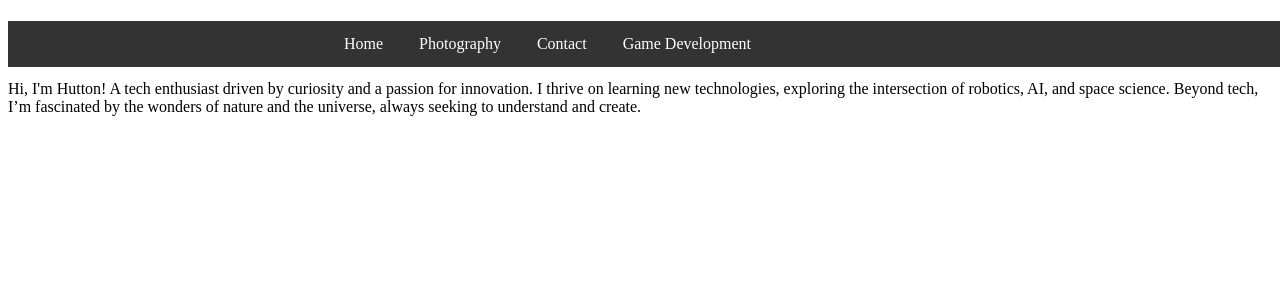
Repository: Argivist/ArgPortfolio
Page: index.html
These files come from the project's save history. The page is drawn as it stood at one moment and after the next save; the edit follows.
The browser window is 1280 px wide. The pictures show the whole page.

Above is the page before, as saved 2025-03-28 14:52:44.

### index.html
<!DOCTYPE html>
<html lang="en">

<head>
    <meta charset="UTF-8">
    <meta name="viewport" content="width=device-width, initial-scale=1.0">
    <link rel="stylesheet" href="css/styles.css">
    <link rel="stylesheet" href="css/nav.css">

    <title>Hutton Amison-Addy</title>
</head>

<body>
    <nav>
        <ul>
            <li class="nav-content"><a href="index.html">Home</a></li>
            <li class="nav-content"><a href="https://www.instagram.com/theworldinoneseye/">Photography</a></li>

            <li class="dropdown nav-content">
                <a href="contact.html">Contact</a>
                <ul class="dropdown-content">
                    <li><a href="https://www.linkedin.com/in/hutton-amison-addy-7b1b3b1b1/">LinkedIn</a></li>
                    <li><a href="https://www.github.com/Argivist">GitHub</a></li>
                    <li><a href="mailto:hutton.amison@ashesi.edu.gh">hutton.amison@ashesi.edu.gh</a></li>
                    <li><a href="mailto:huttonaaddy.public@gmail.com">huttonaaddy.public@gmail.com</a></li>
                </ul>
            </li>

            <li class="dropdown nav-content">
                <a href="#">Game Development</a>
                <ul class="dropdown-content">
                    <li><a href="game/index.html">Game Development Projects</a></li>
                    <li><a href="blender/index.html">Blender</a></li>
                </ul>
            </li>
        </ul>
    </nav>

    <div>
        <h1>This is me!</h1>
        <p class="desc">
            Hi, I'm Hutton! A tech enthusiast driven by curiosity and a passion for innovation. I thrive on learning new technologies, exploring the intersection of robotics, AI, and space science. Beyond tech, I’m fascinated by the wonders of nature and the universe, always seeking to understand and create.
        </p>
    </div>

</body>

</html>

### css/nav.css
/* NAV Content and Dropdown */
.nav-content{
    position: relative;
    display: inline-block;
}
.dropdown:hover .dropdown-content{
    display: block;
}
.dropdown-content{
    display: none;
    position: absolute;
    background-color: #f9f9f9;
    min-width: 160px;
    box-shadow: 0px 8px 16px 0px rgba(0,0,0,0.2);
    z-index: 1;
}

/* Nav Stlisation */


nav{
    background-color: #333;
    overflow: hidden;
    position: fixed;
    width: 100vw;
    z-index: 100;
}
nav ul{
    list-style-type: none;
    margin: 0;
    padding: 0;
    overflow: hidden;
    margin-left: 50%;
    transform: translateX(-50%);
}
nav ul li{
    float:none;
    display: inline;
    margin: 0;
}


nav ul li a{
    display: block;
    color: white;
    text-align: center;
    padding: 14px 16px;
    text-decoration: none;
}
nav ul li a:hover{
    background-color: #111;
}

Loaded but not shown: css/styles.css (no stored copy; drawn as an empty file)

After the next save:
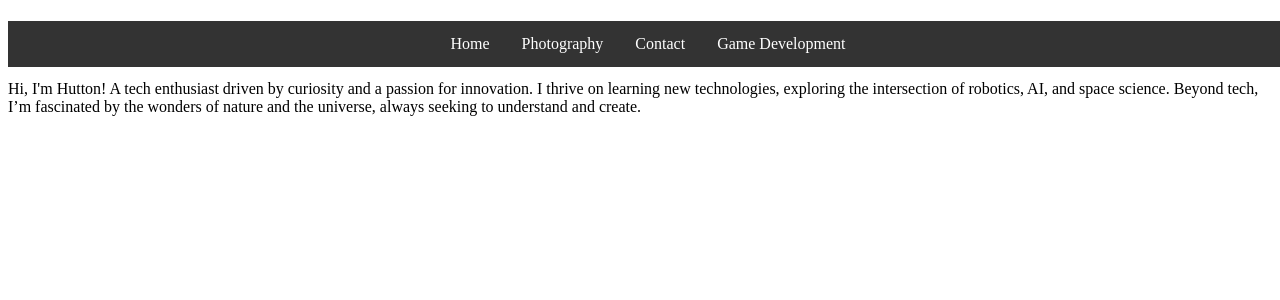
Saved 73 s later.
--- a/css/nav.css
+++ b/css/nav.css
@@ -1,52 +1,75 @@
 /* NAV Content and Dropdown */
-.nav-content{
+.nav-content {
     position: relative;
     display: inline-block;
 }
-.dropdown:hover .dropdown-content{
-    display: block;
+
+.dropdown {
+    position: relative; /* Ensures the dropdown positions correctly */
+    display: inline-block;
 }
-.dropdown-content{
+
+.dropdown-content {
     display: none;
     position: absolute;
     background-color: #f9f9f9;
     min-width: 160px;
-    box-shadow: 0px 8px 16px 0px rgba(0,0,0,0.2);
+    box-shadow: 0px 8px 16px 0px rgba(0, 0, 0, 0.2);
     z-index: 1;
 }
 
-/* Nav Stlisation */
+.dropdown:hover .dropdown-content {
+    display: block;
+}
 
-
-nav{
+/* Nav Stylisation */
+nav {
     background-color: #333;
     overflow: hidden;
     position: fixed;
     width: 100vw;
     z-index: 100;
 }
-nav ul{
+
+nav ul {
     list-style-type: none;
     margin: 0;
     padding: 0;
-    overflow: hidden;
-    margin-left: 50%;
-    transform: translateX(-50%);
+    display: flex; /* Use flexbox for better alignment */
+    justify-content: center; /* Centers nav items */
 }
-nav ul li{
-    float:none;
-    display: inline;
+
+nav ul li {
+    position: relative; /* Needed for absolute positioning of dropdown */
+    display: inline-block;
     margin: 0;
 }
 
-
-nav ul li a{
+nav ul li a {
     display: block;
     color: white;
     text-align: center;
     padding: 14px 16px;
     text-decoration: none;
 }
-nav ul li a:hover{
+
+nav ul li a:hover {
     background-color: #111;
 }
+
+/* Ensure dropdown items are aligned correctly */
+.dropdown-content li {
+    display: block;
+    text-align: left;
+}
+
+.dropdown-content li a {
+    color: black;
+    padding: 10px 16px;
+    text-decoration: none;
+    display: block;
+}
+
+.dropdown-content li a:hover {
+    background-color: #ddd;
+}

After the save that followed:
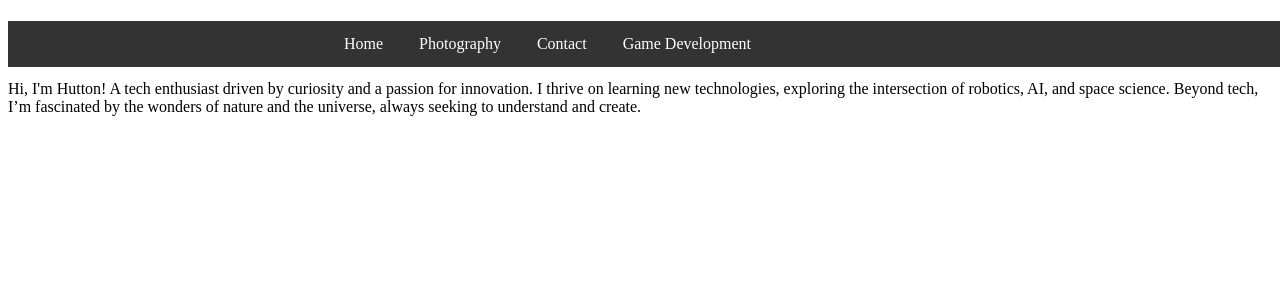
Saved 15 s later.
--- a/css/nav.css
+++ b/css/nav.css
@@ -1,75 +1,52 @@
 /* NAV Content and Dropdown */
-.nav-content {
+.nav-content{
     position: relative;
     display: inline-block;
 }
-
-.dropdown {
-    position: relative; /* Ensures the dropdown positions correctly */
-    display: inline-block;
+.dropdown:hover .dropdown-content{
+    display: block;
 }
-
-.dropdown-content {
+.dropdown-content{
     display: none;
     position: absolute;
     background-color: #f9f9f9;
     min-width: 160px;
-    box-shadow: 0px 8px 16px 0px rgba(0, 0, 0, 0.2);
+    box-shadow: 0px 8px 16px 0px rgba(0,0,0,0.2);
     z-index: 1;
 }
 
-.dropdown:hover .dropdown-content {
-    display: block;
-}
+/* Nav Stlisation */
 
-/* Nav Stylisation */
-nav {
+
+nav{
     background-color: #333;
     overflow: hidden;
     position: fixed;
     width: 100vw;
     z-index: 100;
 }
-
-nav ul {
+nav ul{
     list-style-type: none;
     margin: 0;
     padding: 0;
-    display: flex; /* Use flexbox for better alignment */
-    justify-content: center; /* Centers nav items */
+    overflow: hidden;
+    margin-left: 50%;
+    transform: translateX(-50%);
 }
-
-nav ul li {
-    position: relative; /* Needed for absolute positioning of dropdown */
-    display: inline-block;
+nav ul li{
+    float:none;
+    display: inline;
     margin: 0;
 }
 
-nav ul li a {
+
+nav ul li a{
     display: block;
     color: white;
     text-align: center;
     padding: 14px 16px;
     text-decoration: none;
 }
-
-nav ul li a:hover {
+nav ul li a:hover{
     background-color: #111;
 }
-
-/* Ensure dropdown items are aligned correctly */
-.dropdown-content li {
-    display: block;
-    text-align: left;
-}
-
-.dropdown-content li a {
-    color: black;
-    padding: 10px 16px;
-    text-decoration: none;
-    display: block;
-}
-
-.dropdown-content li a:hover {
-    background-color: #ddd;
-}
